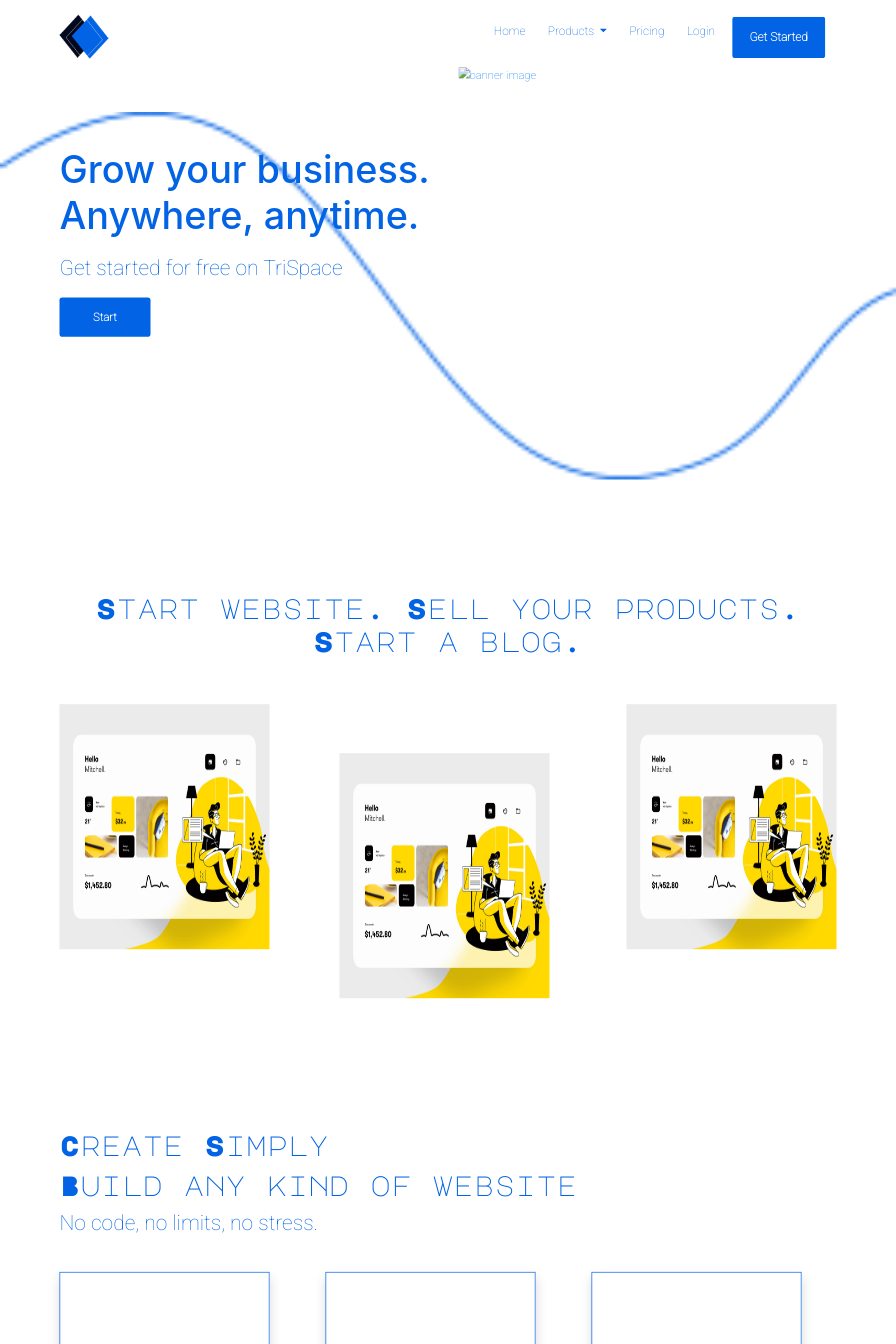
Repository: latenightsnacc/TriSpace
Page: HTML/index.html
These files come from the project's save history. The page is drawn as it stood at one moment and after the next save; the edit follows.
The browser window is 1280 px wide. The pictures show the part of the page from y = 0 to 1920 px (the page is 5158 px tall), at 70% of full size.
The style sheet was rebuilt from its Sass, Less or Tailwind sources for each picture, by a compiler version that may differ from the author's.

Above is the page before, as saved 2020-11-12 11:33:49.

After the next save:
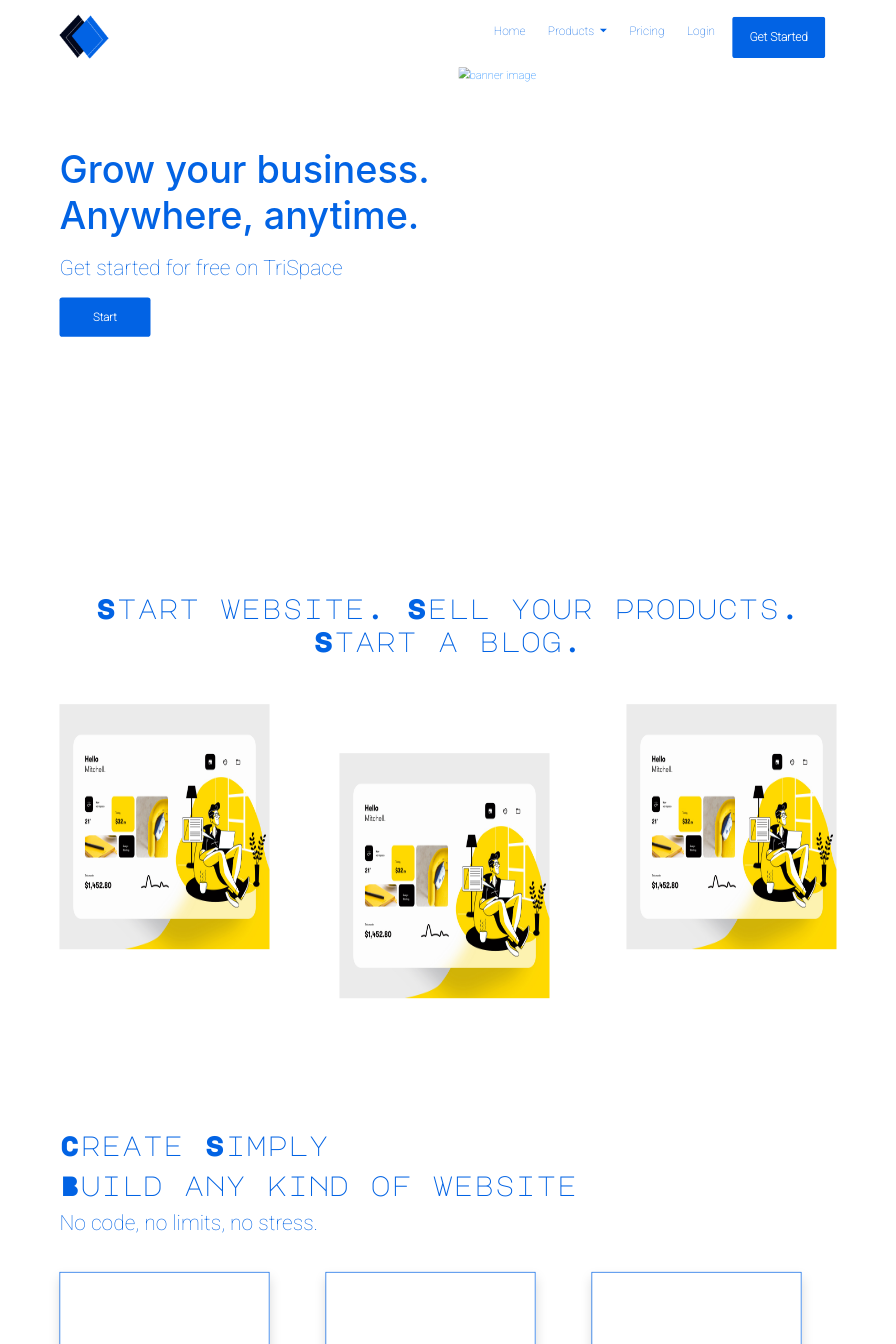
Saved 1 s later.
--- a/HTML/styles/stylesheet.scss
+++ b/HTML/styles/stylesheet.scss
@@ -42,12 +42,12 @@ a.btn {
     }
 
 }
-section#banner {
-    background: url('/HTML/assets/WaLine.png') ;
-    background-size: contain;
-    background-repeat: no-repeat;
-    background-position: center;
-}
+// section#banner {
+//     background: url('/HTML/assets/WaLine.png') ;
+//     background-size: contain;
+//     background-repeat: no-repeat;
+//     background-position: center;
+// }
 .banner-txt {
     h1 {
         font-size: 54px;
